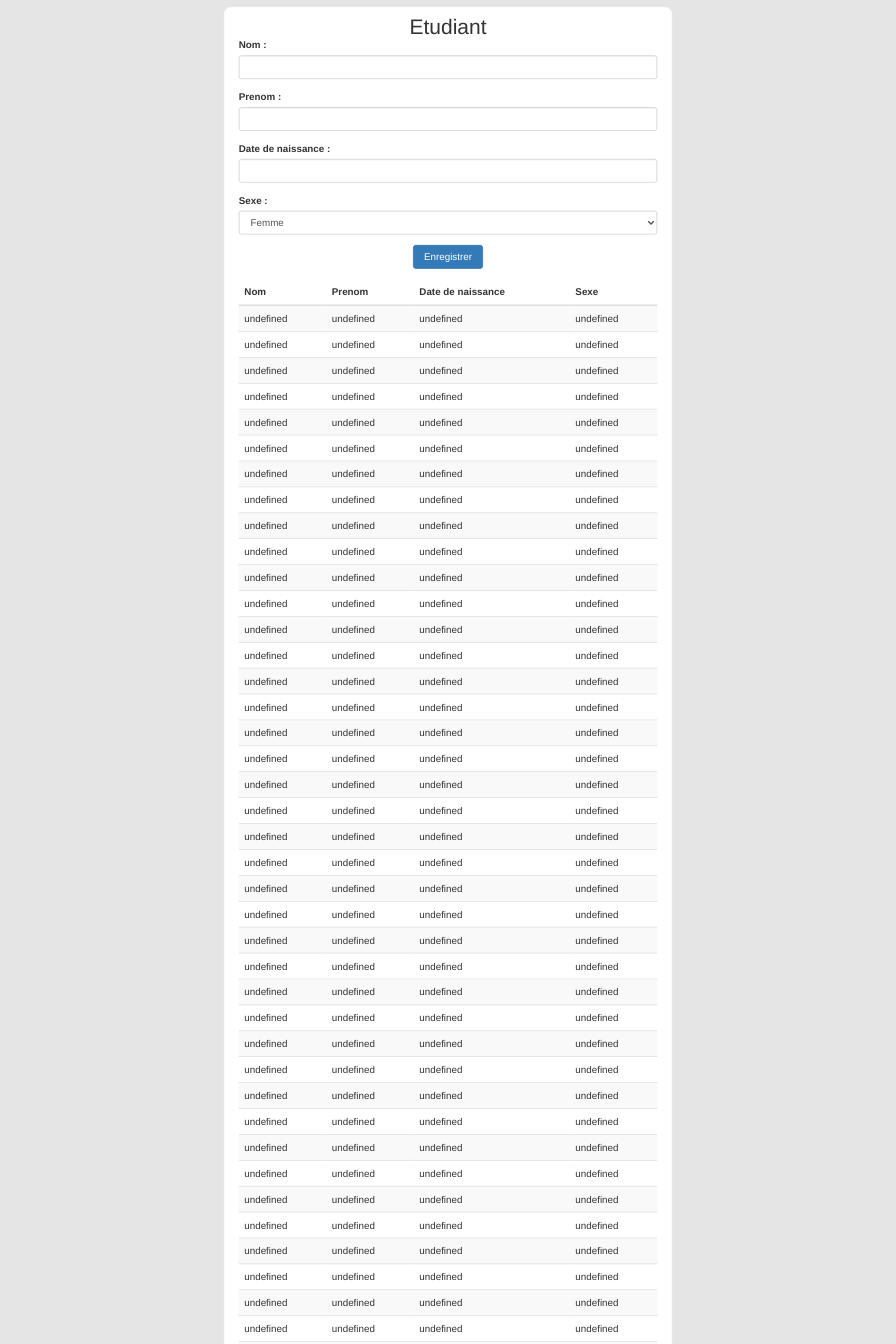
Repository: mitantsoa1/CRUD-note
Page: http://localhost/
An editor plug-in stored every save of this project. The page is shown before and after the next save, followed by the edit.
The browser window is 1280 px wide. The pictures show the part of the page from y = 0 to 1920 px (the page is 11012 px tall before and 6471 px after), at 70% of full size.
The page is run by PHP 8.4 with error messages shown; the project is at /var/www/html/.

Above is the page before, as saved 2021-02-11 15:33:49.
Console error: SyntaxError: Unexpected token '<'

### index.php
<?php

require_once ("Controls/Controllers.class.php");
// require_once ("Models/Database.class.php");
// Database::init("localhost","stage","root","");

if(isset($_GET['action'])){
    if(method_exists("Controllers",$_GET['action'])){
        $reflect = new ReflectionMethod("Controllers",$_GET['action']);
        $class = "Controllers";
        $reflect -> invoke(new $class);
    }else{
        Controllers::loadView("erreur.php");
    }
}else{
    Controllers::loadView("indexView.php");
}

?>

### Controls/Controllers.class.php
<?php
	class Controllers{

		public static function loadView($page){
			$page = htmlspecialchars(trim($page)) ;
			include("Views/".$page) ;
		}
		public function index(){
			Controllers::loadView("indexView");
		}
		// pour inclure les portions de page
		public static function includeTemplate($template)
		{
			$template = htmlspecialchars(trim($template));
			include "Views/template_parts/" . $template;
		}
		// inclure du JavaScript
		public static function includeJS($fields)
		{
			$script = "";
			for ($i = 0; $i < count($fields) - 1; $i++) {
				$code = htmlspecialchars(trim($fields[$i]));
				$script .= '<script src="Publics/js/' . $code . '.js"></script>' . "\n\t";
			}
			if ($i == count($fields) - 1) {
				$code = htmlspecialchars(trim($fields[count($fields) - 1]));
				$script .= '<script src="Publics/js/' . $code . '.js"></script>' . "\n";
			}
			echo $script;
		}
		// inclure du CSS
		public static function includeCSS($fields)
		{
			$css = "";
			for ($i = 0; $i < count($fields) - 1; $i++) {
				$code = htmlspecialchars(trim($fields[$i]));
				$css .= '<link rel="stylesheet" href="Publics/css/' . $code . '.css">' . "\n\t";
			}
			if ($i == count($fields) - 1) {
				$code = htmlspecialchars(trim($fields[count($fields) - 1]));
				$css .= '<link rel="stylesheet" href="Publics/css/' . $code . '.css">' . "\n";
			}
			echo $css;
		}
	}

 ?>

### Views/indexView.php
<!DOCTYPE html>
<html lang="en">
<head>
    <meta charset="UTF-8">
    <meta name="viewport" content="width=device-width, initial-scale=1.0">
    <title>Document</title>
    <!-- <link rel="stylesheet" href="https://cdnjs.cloudflare.com/ajax/libs/font-awesome/5.15.2/css/all.min.css" integrity="sha512-HK5fgLBL+xu6dm/Ii3z4xhlSUyZgTT9tuc/hSrtw6uzJOvgRr2a9jyxxT1ely+B+xFAmJKVSTbpM/CuL7qxO8w==" crossorigin="anonymous" /> -->
    <!-- <link rel="stylesheet" href="https://maxcdn.bootstrapcdn.com/bootstrap/4.0.0/css/bootstrap.min.css" integrity="sha384-Gn5384xqQ1aoWXA+058RXPxPg6fy4IWvTNh0E263XmFcJlSAwiGgFAW/dAiS6JXm" crossorigin="anonymous"> -->

    <?php
Controllers::includeCSS(["all","bootstrap.min","sweetalert2.min","style"]);
?>
</head>
<body>
    <div class="container content">
            <h2 class="text-center titre">Etudiant</h2>
        <form class="form-group myForm" id="formulaire">
            <input type="hidden" id="id">
            <div class="form-group">
                <label for="">Nom :</label>
                <input type="text" class="form-control obligatoire" id="nom">
            </div>
            <div class="form-group">
                <label for="">Prenom :</label>
                <input type="text" class="form-control obligatoire" id="prenom">
            </div>
            <div class="form-group">
                <label for="">Date de naissance :</label>
                <input type="text" class="form-control obligatoire" id="dtn">
            </div>
            <div class="form-group">
                <label for="">Sexe :</label>
                <select name="" id="sexe" class="form-control">
                    <option value="femme">Femme</option>
                    <option value="homme">Homme</option>
                </select>
            </div>

            <a href="#" id="enregistrer" class="btn btn-primary">Enregistrer</a>
            <a href='#' id='modification' class='hide btn btn-success'>Modifier</a>
        </form>
        <div class="affichage_etudiant">

        </div>
    </div>

    <?php
Controllers::includeJS(["jquery","bootstrap.min","all","sweetalert2.min","main"]);
?>
    <!-- <script defer src="https://use.fontawesome.com/releases/v5.0.2/js/all.js"></script> -->
<!-- <script>

</script> -->
</body>
</html>

### Views/erreur.php
<!DOCTYPE html>
<html lang="fr">
<head>
    <meta charset="UTF-8">
    <meta name="viewport" content="width=device-width, initial-scale=1.0">
    <title>Page invalide</title>
</head>
<body>
    <h1>ERROR 404</h1>

        <p>Cette page n'est pas disponible</p>
</body>
</html>

### Publics/css/style.css
body {
    margin: 0;
    padding: 0;
    background: rgba(0, 0, 0, .1);
}

.content {
    width: 50vw;
    min-width: 300px;
    background: white;
    padding: 10px 20px 0 !important;
    margin: 10px auto;
    border:white 1px solid !important;
    border-radius: 10px !important;
}
.content .titre{
    padding: 0;
    margin: 0;
}
#enregistrer{
    display: block;
    margin: 0 auto;
    width: 100px;
}

### Publics/js/main.js
$(document).ready(function() {
    function selectionAll() {
        $.ajax({
            url: "Ajax/selectAll",
            type: "POST",
            data: "data=data",
            datatype: "json",
            success: function(data) {
                alert(data);
                var table_affichage = "<div class='table_etudiant'> <table class='table table-striped  m-t-10' style='position: relative !important;'><thead style='position: sticky !important;z-index: 1000;'><th>Nom</th><th>Prenom</th><th>Date de naissance</th><th>Sexe</th></thead><tbody>";
                for (var i = 0; i < data.length; i++) {
                    table_affichage = table_affichage + "<tr><td>" + data[i].nom + "</td><td>" + data[i].prenom + "</td><td>" + data[i].date_naissance + "</td><td>" + data[i].sexe;
                }
                table_affichage = table_affichage + "</td></tr></tbody></table></div>";

                $('.affichage_etudiant').html(table_affichage);
            }
        })
    }
    selectionAll();

    function insert() {
        var $nom = $('#nom').val();
        var $prenom = $('#prenom').val();
        var $dtn = $('#dtn').val();
        var $sexe = $('#sexe').val();

        var data = "nom=" + $nom + "&prenom=" + $prenom + "&date_naissance=" + $dtn + "&sexe=" + $sexe;
    }
});

Loaded but not shown: Publics/css/all.css (library); Publics/css/bootstrap.min.css (library); Publics/css/sweetalert2.min.css (library); Publics/js/jquery.js (library); Publics/js/bootstrap.min.js (library)

After the next save:
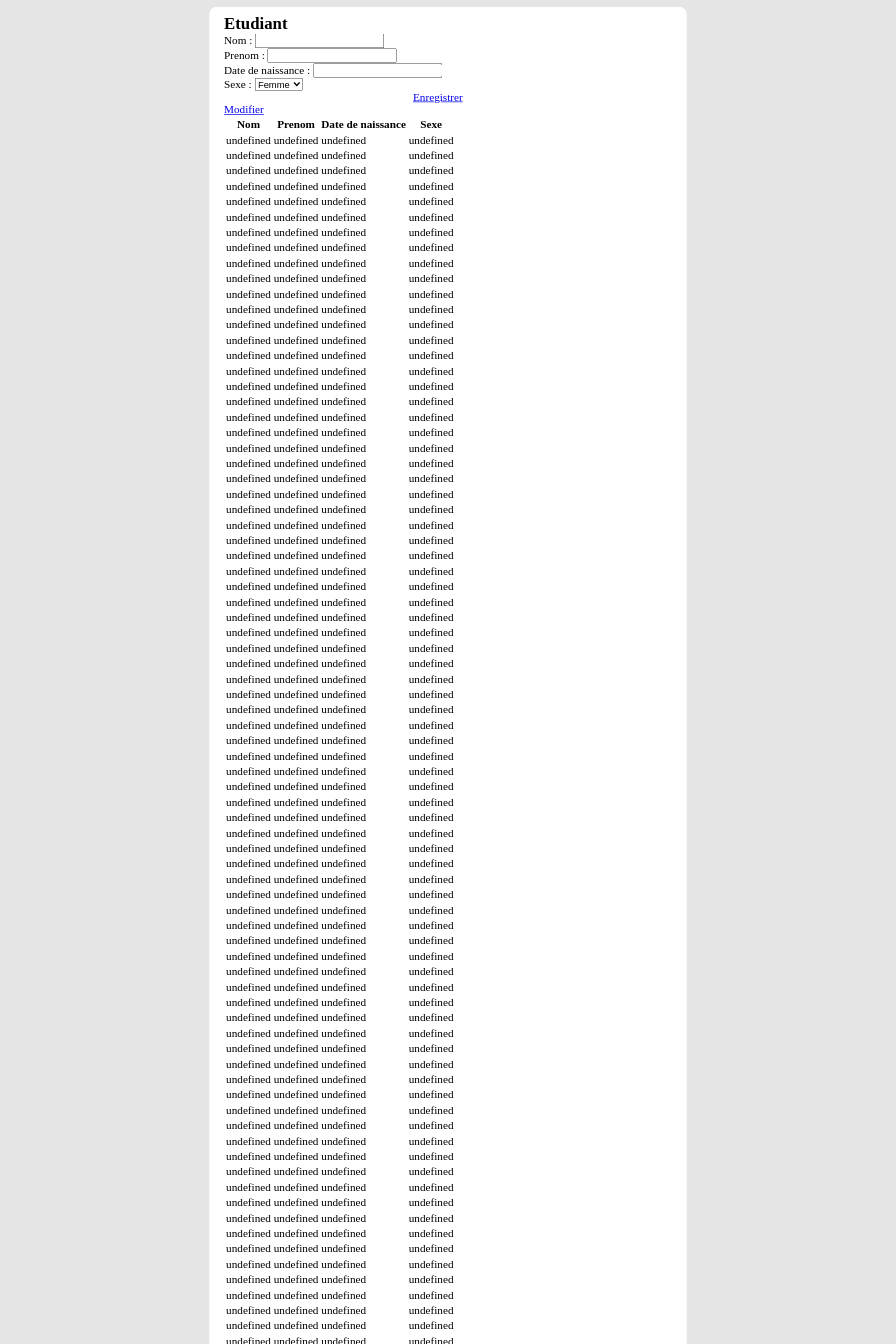
Saved 7 min 43 s later.
--- a/Views/indexView.php
+++ b/Views/indexView.php
@@ -8,7 +8,7 @@
     <!-- <link rel="stylesheet" href="https://maxcdn.bootstrapcdn.com/bootstrap/4.0.0/css/bootstrap.min.css" integrity="sha384-Gn5384xqQ1aoWXA+058RXPxPg6fy4IWvTNh0E263XmFcJlSAwiGgFAW/dAiS6JXm" crossorigin="anonymous"> -->
 
     <?php
-Controllers::includeCSS(["all","bootstrap.min","sweetalert2.min","style"]);
+Controllers::includeCSS(["all","bootstrap","sweetalert2.min","style"]);
 ?>
 </head>
 <body>

After the save that followed:
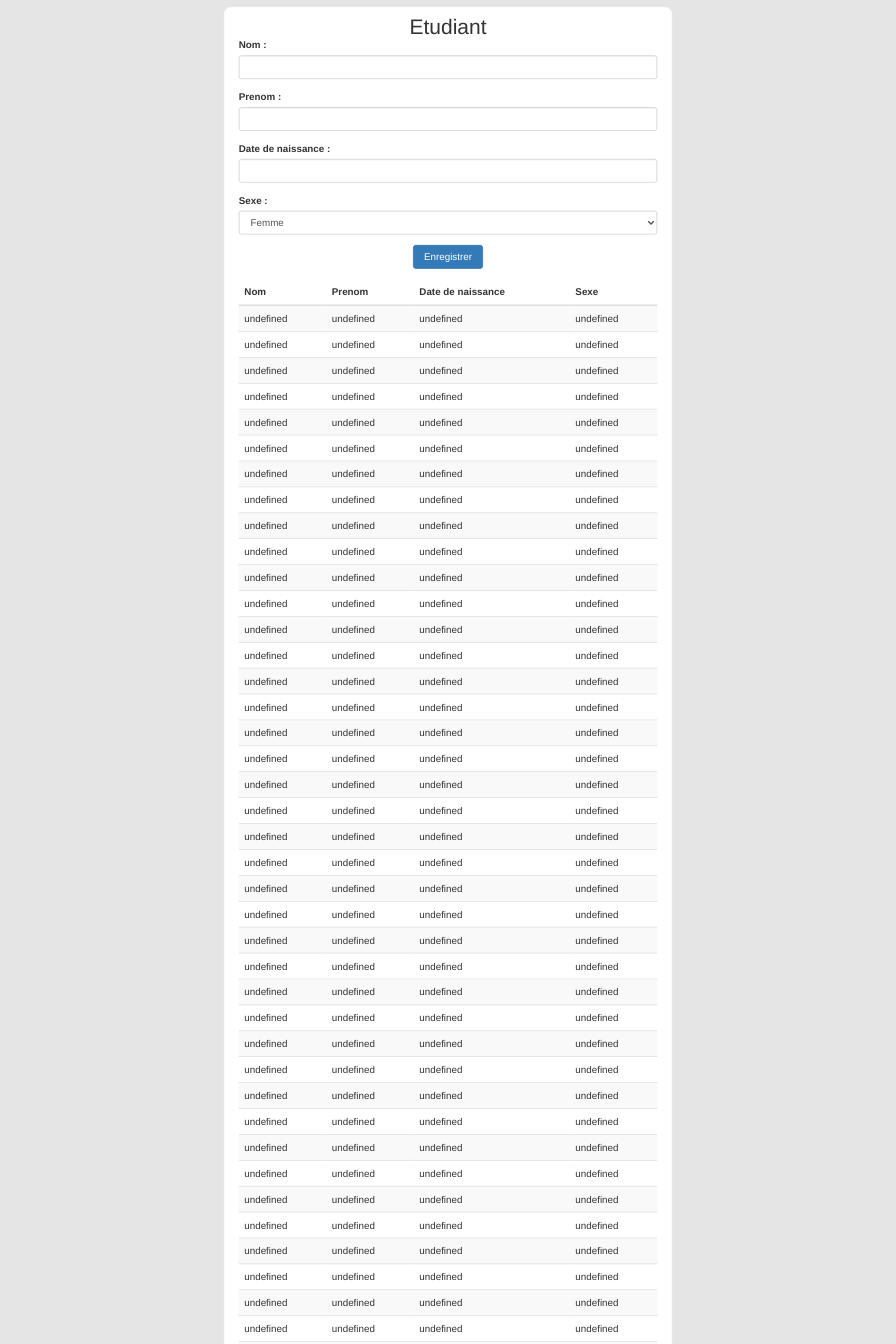
Saved 103 s later.
--- a/Views/indexView.php
+++ b/Views/indexView.php
@@ -8,7 +8,7 @@
     <!-- <link rel="stylesheet" href="https://maxcdn.bootstrapcdn.com/bootstrap/4.0.0/css/bootstrap.min.css" integrity="sha384-Gn5384xqQ1aoWXA+058RXPxPg6fy4IWvTNh0E263XmFcJlSAwiGgFAW/dAiS6JXm" crossorigin="anonymous"> -->
 
     <?php
-Controllers::includeCSS(["all","bootstrap","sweetalert2.min","style"]);
+Controllers::includeCSS(["all","bootstrap.min","sweetalert2.min","style"]);
 ?>
 </head>
 <body>
